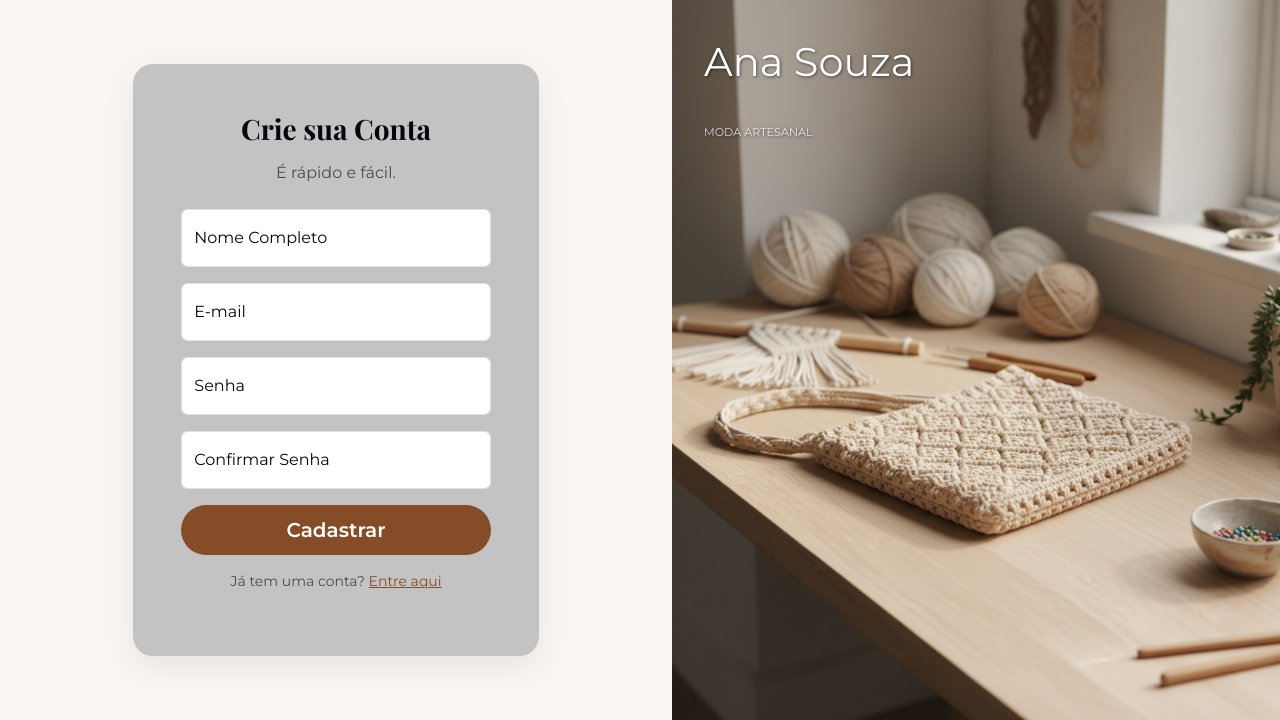
Repository: Lucascsg/projeto-anasouza-frontend
Page: cadastro.html
The author's editor kept a copy of each file at every save. The page is drawn from the files as they stood at one save, then again after the next save.
The browser window is 1280 px wide. The pictures show the whole page.

Above is the page before, as saved 2025-10-21 23:23:16.

After the next save:
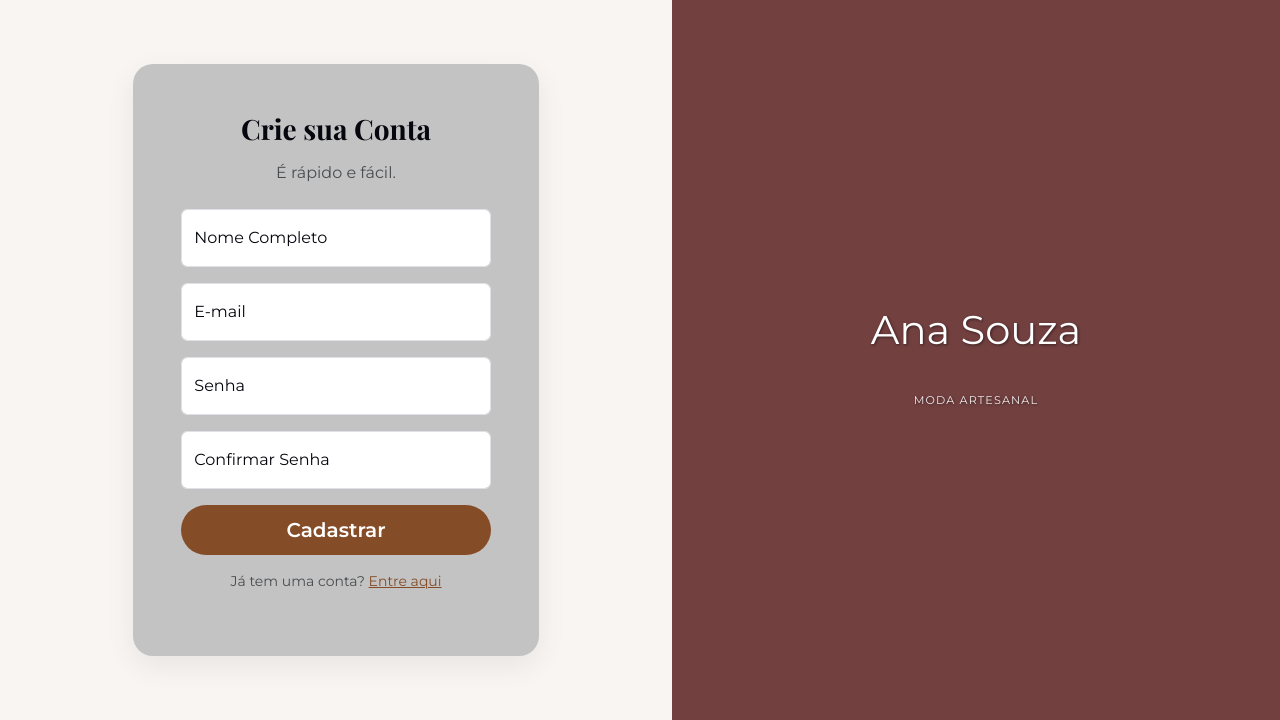
Not found: imagens/auth-background.jpg
Saved 48 s later.
--- a/cadastro.html
+++ b/cadastro.html
@@ -11,58 +11,72 @@
     <link rel="preconnect" href="https://fonts.gstatic.com" crossorigin>
     <link href="https://fonts.googleapis.com/css2?family=Montserrat:wght@400;500;600&family=Playfair+Display:wght@700&family=Great+Vibes&display=swap" rel="stylesheet">
     <style>
-        /* Estilo para garantir altura total e split screen */
-        body, html { height: 100%; margin: 0; overflow: hidden; }
-        .split-container { display: flex; min-height: 100vh; }
-        .split-image {
-            background: url('imagens/backlog4.png') no-repeat center center/cover; /* SUA NOVA IMAGEM AQUI */
-            flex: 1;
-            position: relative;
-        }
-        .split-form {
-            flex: 1;
-            display: flex;
-            align-items: center;
-            justify-content: center;
-            padding: 2rem;
-            background-color: var(--cor-fundo-claro);
-            overflow-y: auto;
-        }
-        .image-logo {
-            position: absolute;
-            top: 2rem;
-            left: 2rem;
-            z-index: 10;
-        }
-        .image-logo .logo-text {
-            color: #FFFFFF !important;
-            text-shadow: 1px 1px 3px rgba(0,0,0,0.5);
-        }
-        .image-logo .logo-subtitle {
-            color: rgba(255,255,255,0.8) !important;
-        }
+       /* Estilo para garantir altura total e split screen */
+body, html { height: 100%; margin: 0; overflow: hidden; }
+.split-container { display: flex; min-height: 100vh; }
+.split-image {
+    background: url('imagens/auth-background.jpg') no-repeat center center/cover; /* SUA IMAGEM AQUI */
+    flex: 1;
+    position: relative; /* Necessário para o overlay e o logo */
+    display: flex; /* Para centralizar o logo */
+    align-items: center;
+    justify-content: center;
+}
+.split-form {
+    flex: 1;
+    display: flex;
+    align-items: center;
+    justify-content: center;
+    padding: 2rem;
+    background-color: var(--cor-fundo-claro);
+    overflow-y: auto;
+}
 
-        @media (max-width: 767px) {
-            .split-container { flex-direction: column-reverse; } /* Inverte a ordem no mobile também */
-            .split-image {
-                min-height: 250px;
-                flex: none;
-                display: flex;
-                align-items: center;
-                justify-content: center;
-                position: relative;
-            }
-            .image-logo {
-                position: static; top: auto; left: auto;
-                text-align: center;
-            }
-            .split-form { padding: 1.5rem; }
-            .form-logo { display: block !important; }
-            .image-logo { display: none; }
-        }
-        @media (min-width: 768px) {
-            .form-logo { display: none; }
-        }
+/* --- NOVO: Overlay sobre a imagem --- */
+.split-image::before {
+    content: '';
+    position: absolute;
+    top: 0;
+    left: 0;
+    width: 100%;
+    height: 100%;
+    background: rgba(0, 0, 0, 0.35); /* Camada escura com 35% de opacidade */
+    z-index: 1; /* Fica entre a imagem e o logo */
+}
+
+/* --- ATUALIZADO: Logo centralizado --- */
+.image-logo {
+    position: relative; /* Mudado de absolute para relative */
+    z-index: 2; /* Fica na frente do overlay */
+    text-align: center; /* Centraliza o texto */
+}
+.image-logo .logo-text {
+    font-size: 3.5rem; /* Aumenta o tamanho do logo */
+    color: #FFFFFF !important;
+    text-shadow: 1px 1px 3px rgba(0,0,0,0.5);
+}
+.image-logo .logo-subtitle {
+    font-size: 0.8rem; /* Ajusta o tamanho do subtítulo */
+    color: rgba(255,255,255,0.9) !important;
+    letter-spacing: 0.1em;
+}
+
+/* Ajuste para telas menores continua igual */
+@media (max-width: 767px) {
+    .split-container { flex-direction: column-reverse; }
+    .split-image {
+        min-height: 250px; flex: none;
+        align-items: center; justify-content: center;
+    }
+    .image-logo { /* Logo na imagem é escondido no mobile */
+         display: none;
+    }
+    .split-form { padding: 1.5rem; }
+    .form-logo { display: block !important; }
+}
+@media (min-width: 768px) {
+    .form-logo { display: none; }
+}
     </style>
 </head>
 <body>

After the save that followed:
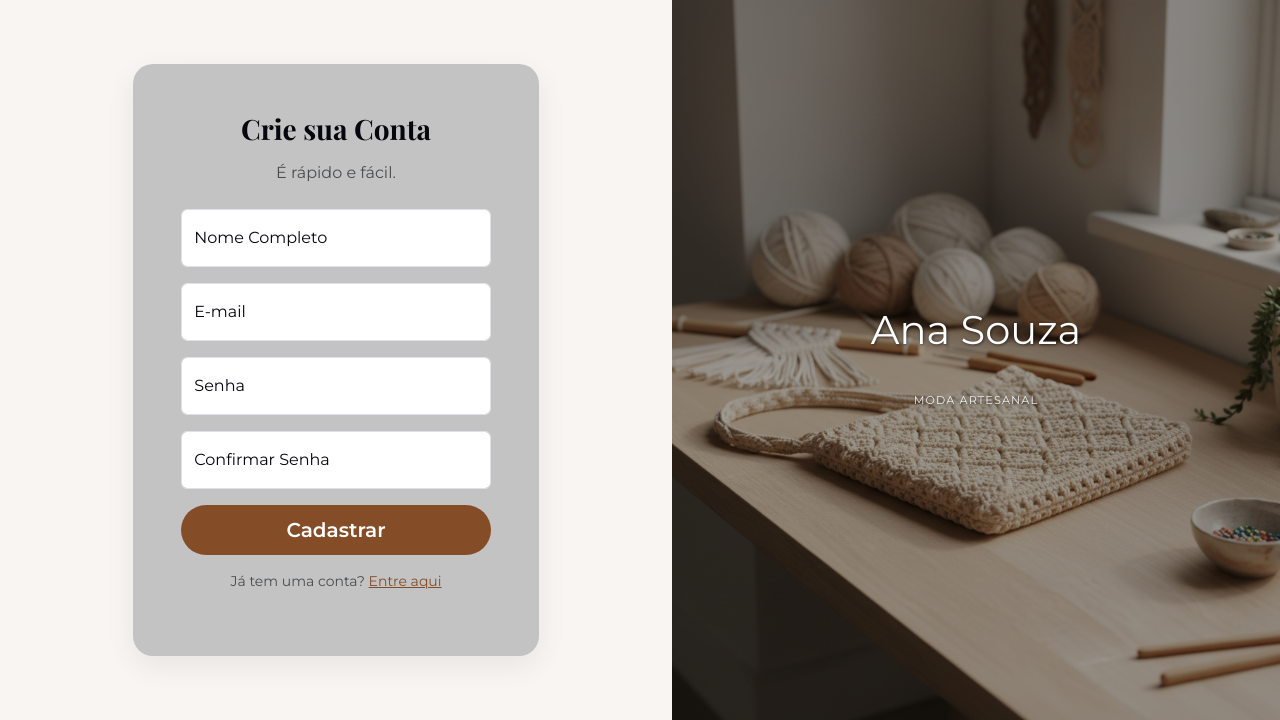
Saved 20 s later.
--- a/cadastro.html
+++ b/cadastro.html
@@ -15,7 +15,7 @@
 body, html { height: 100%; margin: 0; overflow: hidden; }
 .split-container { display: flex; min-height: 100vh; }
 .split-image {
-    background: url('imagens/auth-background.jpg') no-repeat center center/cover; /* SUA IMAGEM AQUI */
+    background: url('imagens/backlog4.png') no-repeat center center/cover; /* SUA IMAGEM AQUI */
     flex: 1;
     position: relative; /* Necessário para o overlay e o logo */
     display: flex; /* Para centralizar o logo */
